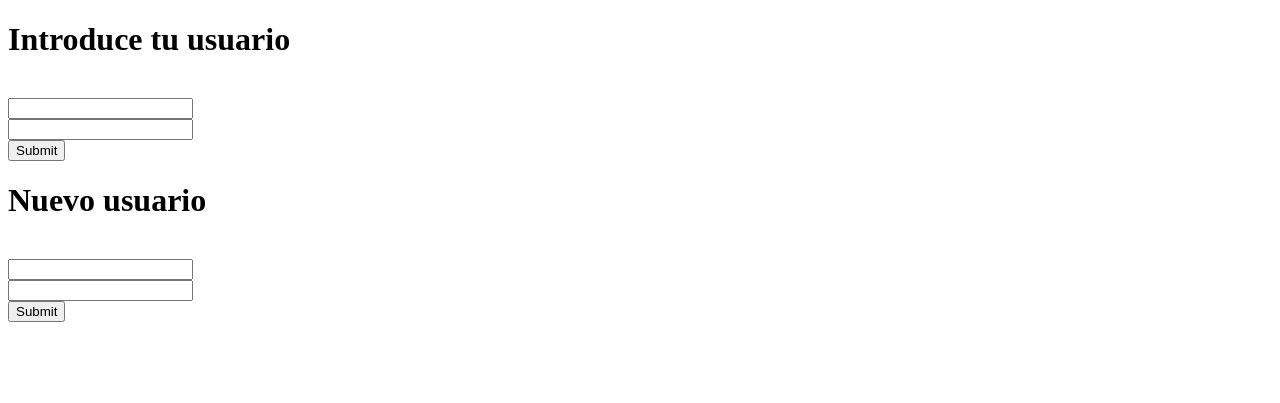
Repository: rodrigoconcham/Calendario
Page: http://localhost/WebCalendario/login.jsp
An editor plug-in stored every save of this project. The page is shown before and after the next save, followed by the edit.
The browser window is 1280 px wide. The pictures show the whole page.
The page is served by Tomcat 9.

Above is the page before, as saved 2014-11-10 18:27:46.

After the next save:
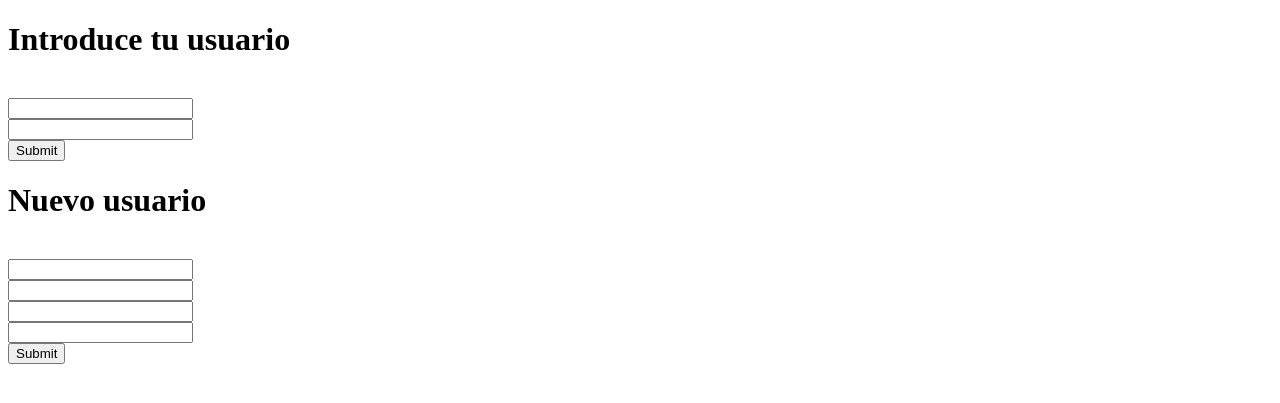
Saved 62 s later.
--- a/WebCalendario/WebContent/login.jsp
+++ b/WebCalendario/WebContent/login.jsp
@@ -20,6 +20,9 @@
 <form method="post" action ="acciones/nuevologin.jsp"><br>
     <input type ="text" name ="usuario"><br>
     <input type ="text" name ="password"><br>
+    <input type ="text" name ="nombre"><br>
+    <input type ="text" name ="Apellidos"><br>
+
     <input type ="submit">
 
 </form>
